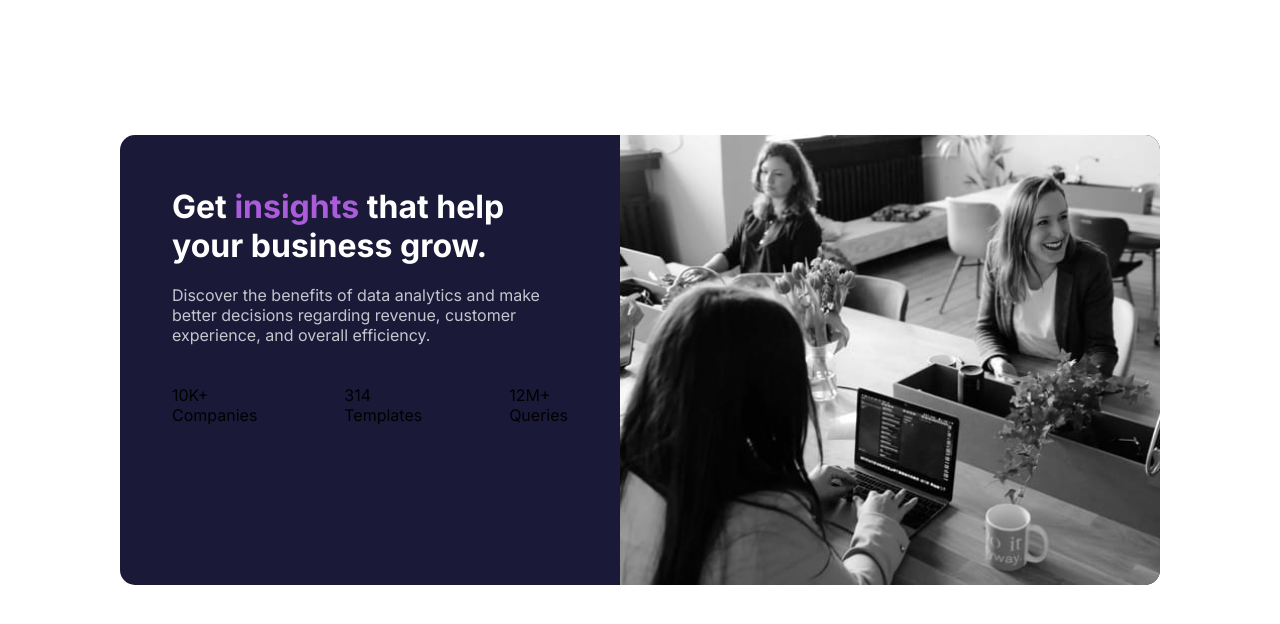
Repository: keisewarsame/stats-preview-frontendmentor
Page: index.html
These files come from the project's save history. The page is drawn as it stood at one moment and after a run of saves; the edit follows.
The browser window is 1280 px wide. The pictures show the whole page.

Above is the page before, as saved 2022-07-12 12:59:36.

### index.html
<!DOCTYPE html>
<html lang="en">
<head>
  <meta charset="UTF-8">
  <meta name="viewport" content="width=device-width, initial-scale=1.0"> <!-- displays site properly based on user's device -->
  <link rel="icon" type="image/png" sizes="32x32" href="./images/favicon-32x32.png">
  <link rel="stylesheet" href="styles.css">
  <title>Frontend Mentor | Stats preview card component</title>
</head>
<body>
    <div class="container">
        <div class="wrapper">
            <div class="text-component">
                <h1 class="title">Get <span>insights</span> that help your business grow.</h1>
                <p class="subtitle">Discover the benefits of data analytics and make better decisions regarding revenue, customer experience, and overall efficiency.</p>
                <div class="stats-component">
                    <div>
                        <p class="num">10K+</p>
                        <p>Companies</p>
                    </div>
                    <div>
                        <p class="num">314</p>
                        <p>Templates</p>
                    </div>
                    <div>
                        <p class="num">12M+</p>
                        <p>Queries</p>
                    </div>
                </div>
            </div>
            <div class="image-component">
                <img src="/images/image-header-desktop.jpg" alt="">
            </div>
        </div>
    </div>
</body>
</html>

### styles.css
@import url('https://fonts.googleapis.com/css2?family=Inter:wght@400;700&family=Lexend+Deca&display=swap');

* {
    margin: 0;
    padding: 0;
}

body {
    display: flex;
    align-items: center;
    min-height: 100vh;
}

.container {
    margin: 0 auto;
    max-width: 1040px;
}

.wrapper {
    background-color: hsl(244, 38%, 16%);
    display: flex;
    border-radius: 15px;
    overflow: hidden;
}

.text-component {
    padding: 5%;
    font-family: 'Inter', sans-serif;
}

.title {
    color: hsl(0, 0%, 100%);
    margin-bottom: 20px;
}

.title span {
    color: hsl(277, 64%, 61%)
}

.subtitle {
    color: hsla(0, 0%, 100%, 0.75);
    margin-bottom: 40px;
}

.stats-component {
    display: flex;
    justify-content: space-between;
}

.num {

}





img {
    height: 100%;
}

After the next 5 saves:
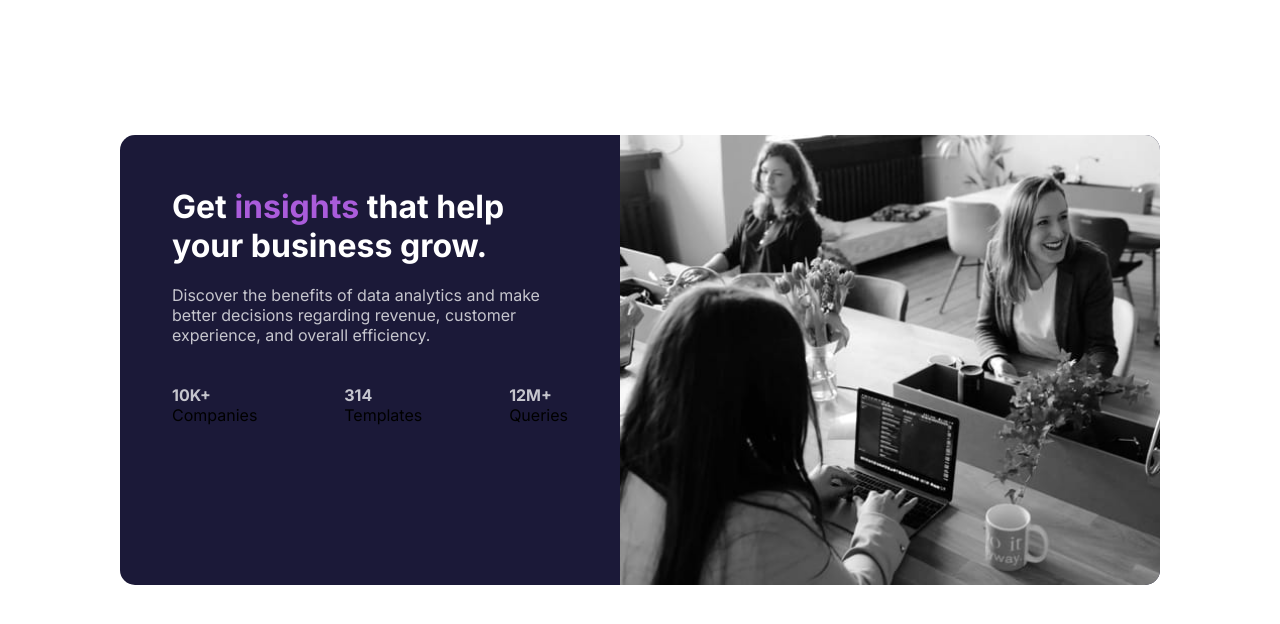
The 5 saves are shown as one change because they came seconds apart.
The last was saved 17 s later.
--- a/styles.css
+++ b/styles.css
@@ -48,7 +48,8 @@ body {
 }
 
 .num {
-
+    color: hsla(0, 0%, 100%, 0.75);
+    font-weight: 700;
 }
 
 
